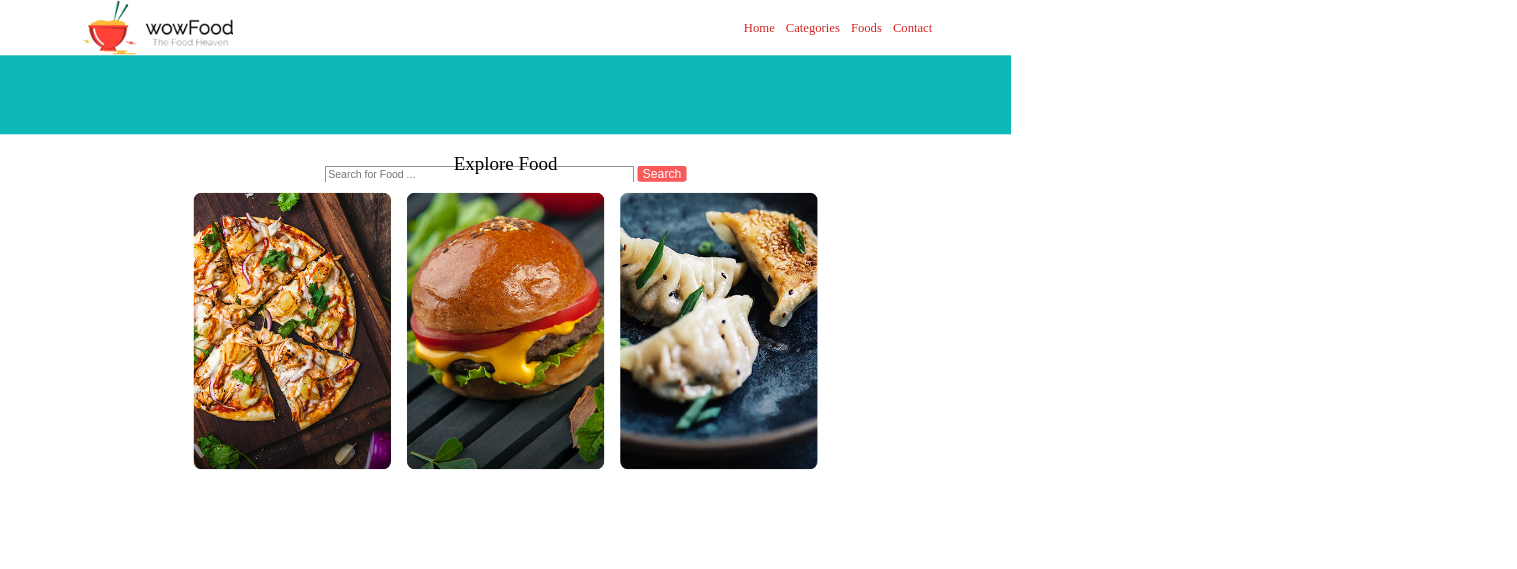
Repository: ruaruababa/WowFood
Page: index.html
An editor plug-in stored every save of this project. The page is shown before and after a run of saves, followed by the edit.
The browser window is 1280 px wide. The page is 1280 px wide, then 1920 px, so the pictures cover 1920 px, including what lies to the right of the window. The pictures show the whole page, at 79% of full size.

Above is the page before, as saved 2021-09-17 21:39:19.

### index.html
<!DOCTYPE html>
<html lang="en">
<head>
    <meta charset="UTF-8">
    <meta http-equiv="X-UA-Compatible" content="IE=edge">
    <meta name="viewport" content="width=device-width, initial-scale=1.0">
    <title>Document</title>
    <link rel="stylesheet" href="./style.css">
    <link rel="stylesheet" href="./reset.css">
</head>
<body>
    <header>
        <div class="container-header">
            <div class="header-left">
                <img src="./img/logo.png" alt="">
            </div>
            <div class="header-right">
                <ul class="nav">
                    <li class="item"><a href="">Home</a></li>
                    <li class="item"><a href="">Categories</a></li>
                    <li class="item"><a href="">Foods</a></li>
                    <li class="item"><a href="">Contact</a></li>
                </ul>
            </div>
        </div>
    </header>
    <nav>
        <div class="container-nav">
            <div class="form">
                <div class="background-search">
                    <img src="" alt="">
                </div>
                <input type="text" placeholder="Search for Food ..." class="input-search">
                <input type="button" value="Search" class="btn-search">
            </div>
        </div>
    </nav>
    <section>
        <div class="container-section">
            <div class="explore-food">Explore Food</div>
            <div class="collection-food">
                <ul class="list-food">
                    <li class="item"><img src="./img/pizza.jpg" alt=""></li>
                    <li class="item"><img src="./img/burger.jpg" alt=""></li>
                    <li class="item"><img src="./img/momo.jpg" alt=""></li>
                </ul>
            </div>
        </div>
    </section>
</body>
</html>

### style.css
.container-header{
    display: flex;
    justify-content: space-between;
    align-items: center;
}
.header-left{
    display: flex;
    margin-left: 100px;
}
.name-brand{
    margin-top: 50%;
}

.header-right{
    margin-right: 100px;
}
.nav{
    list-style: none;
}
.nav li{
    display: inline;
    padding-left: 10px;
}
.nav li a {
    text-decoration: none;
    color: rgb(211, 38, 38);
}

.container-nav {
    background-color: rgb(12, 184, 184);
    text-align: center;
    height: 100px;
    line-height: 100px;
}
.input-search{
    width: 30%;
}
.btn-search{
    background-color: rgba(250, 59, 59, 0.849);
    border: none;
    border-radius: 3px;
    font-size: 15.5px;
    color: white;
}
.list-food{
    display: flex;
    justify-content: center;
    column-gap: 20px;
}
.explore-food{
    font-size: 24px;
    text-align: center;
    padding: 25px 0;
}
.list-food li {
    width: 250px;
    height: 350px;
}

.list-food li img {
    width: 100%;
    height: 100%;
    object-fit: cover;
    border-radius: 10px;
}

Loaded but not shown: reset.css (common file)

After the next 2 saves:
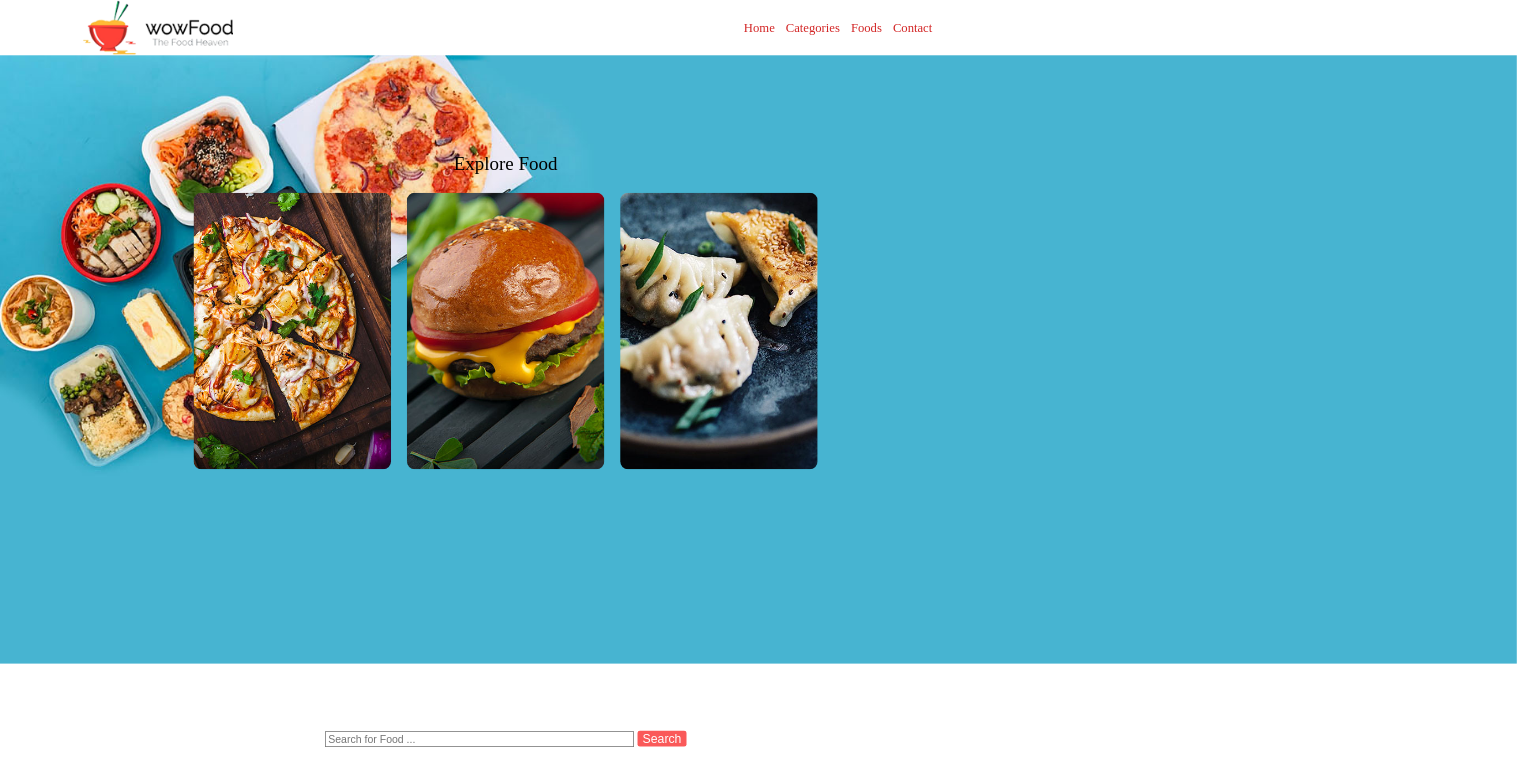
The 2 saves are shown as one change because they came seconds apart.
The last was saved 8 s later.
--- a/index.html
+++ b/index.html
@@ -28,7 +28,7 @@
         <div class="container-nav">
             <div class="form">
                 <div class="background-search">
-                    <img src="" alt="">
+                    <img src="./img/bg.jpg" alt="">
                 </div>
                 <input type="text" placeholder="Search for Food ..." class="input-search">
                 <input type="button" value="Search" class="btn-search">
